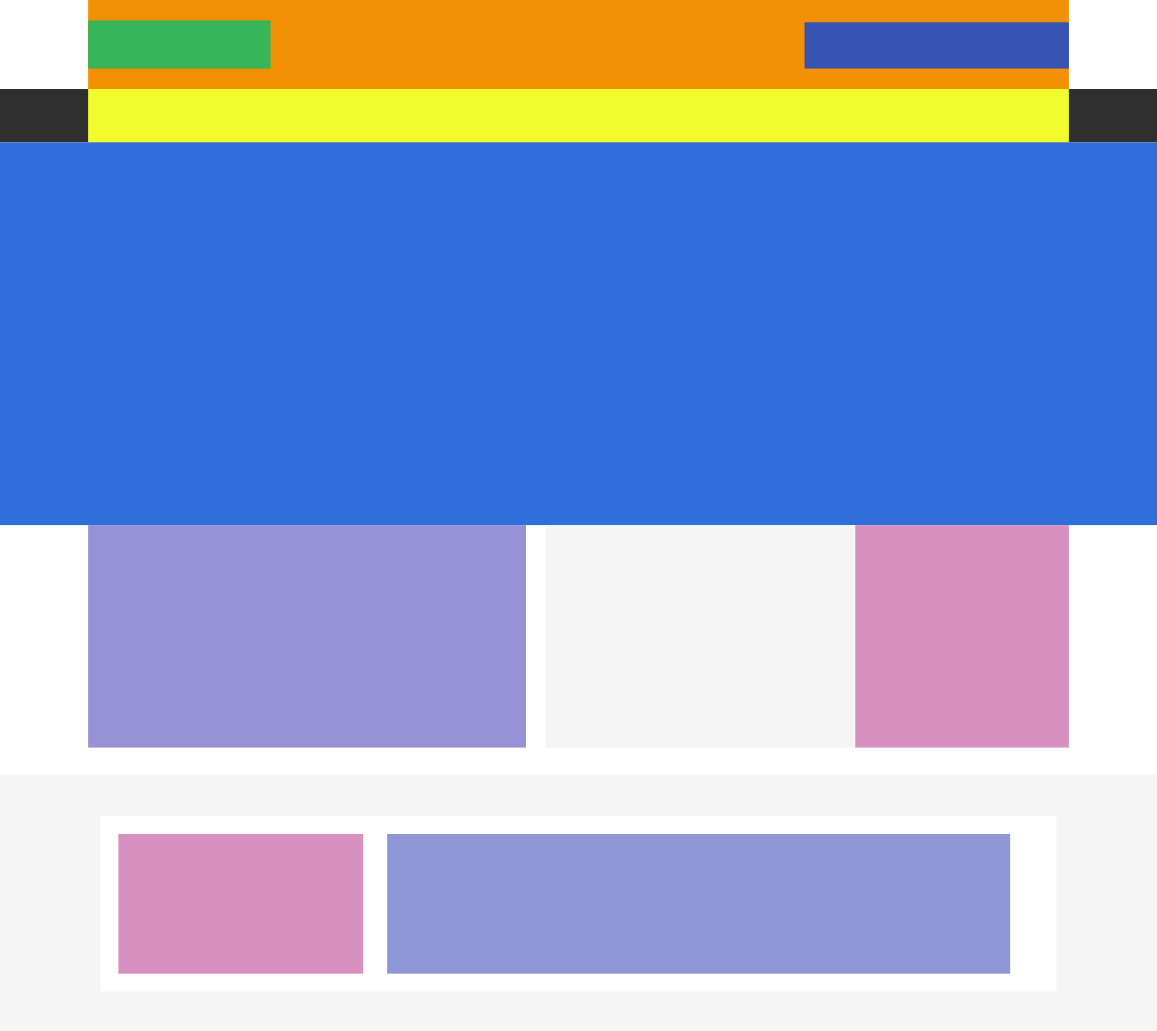
Repository: A1LExX/H5_study_set
Page: day04/扣丁.html
The author's editor kept a copy of each file at every save. The page is drawn from the files as they stood at one save, then again after the next save.
The browser window is 1280 px wide. The page is 1300 px wide, so the pictures cover 1300 px, including what lies to the right of the window. The pictures show the whole page, at 89% of full size.

Above is the page before, as saved 2021-06-24 20:36:16.

After the next save:
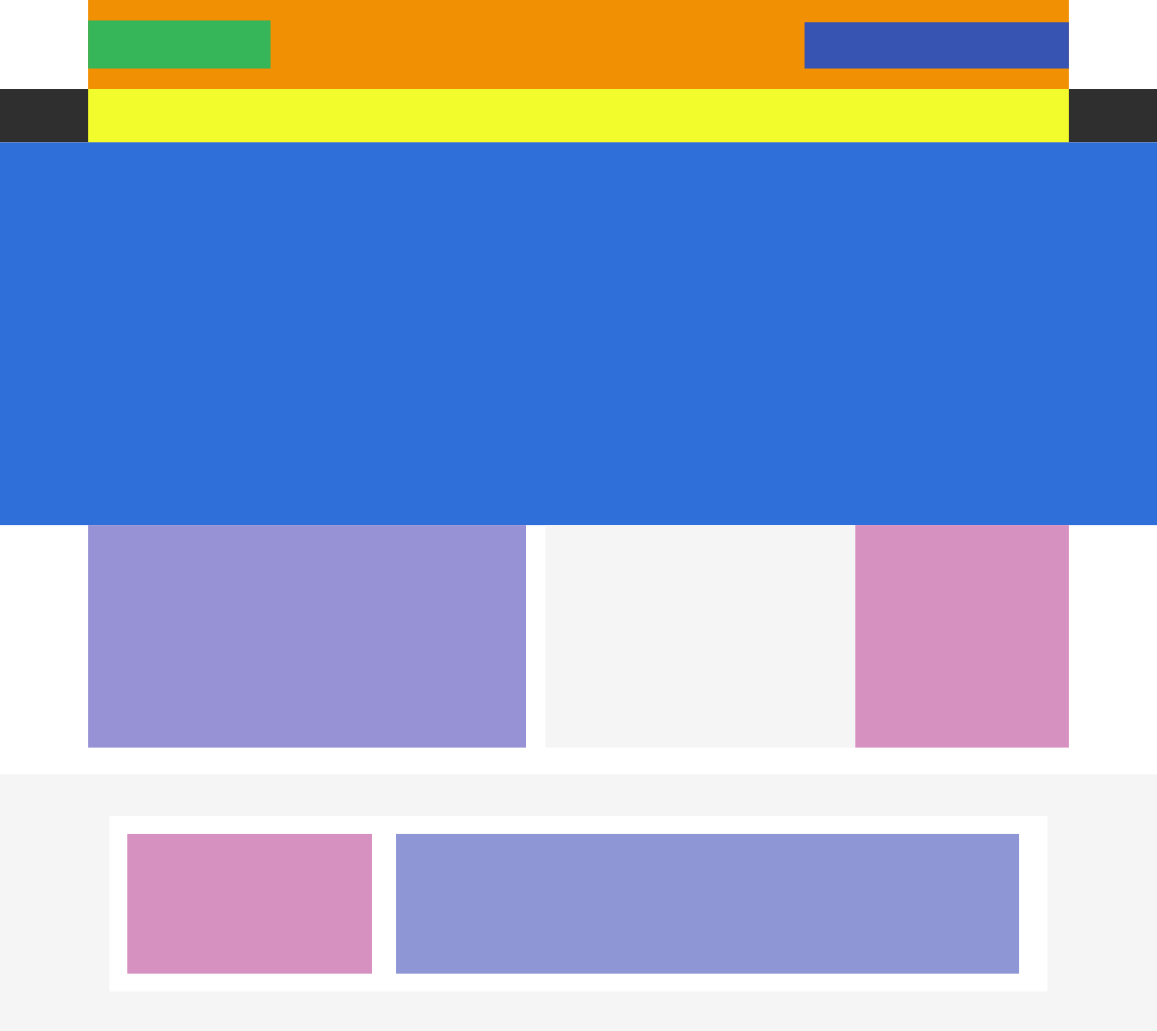
Saved 3 min 54 s later.
--- a/day04/css/codingke.css
+++ b/day04/css/codingke.css
@@ -2,7 +2,7 @@
  * @author [Alex Wei]
  * @email [w2262196@outlook.com]
  * @create date 2021-06-24 13:00:50
- * @modify date 2021-06-24 20:36:16
+ * @modify date 2021-06-24 20:40:10
  * @desc [description]
  */
 *{
@@ -86,7 +86,7 @@
     overflow: hidden;
 }
 .out3{
-    width: 1022px;
+    width: 1002px;
     height: 157px;
     background: #ffffff;
     margin: 0 auto;
